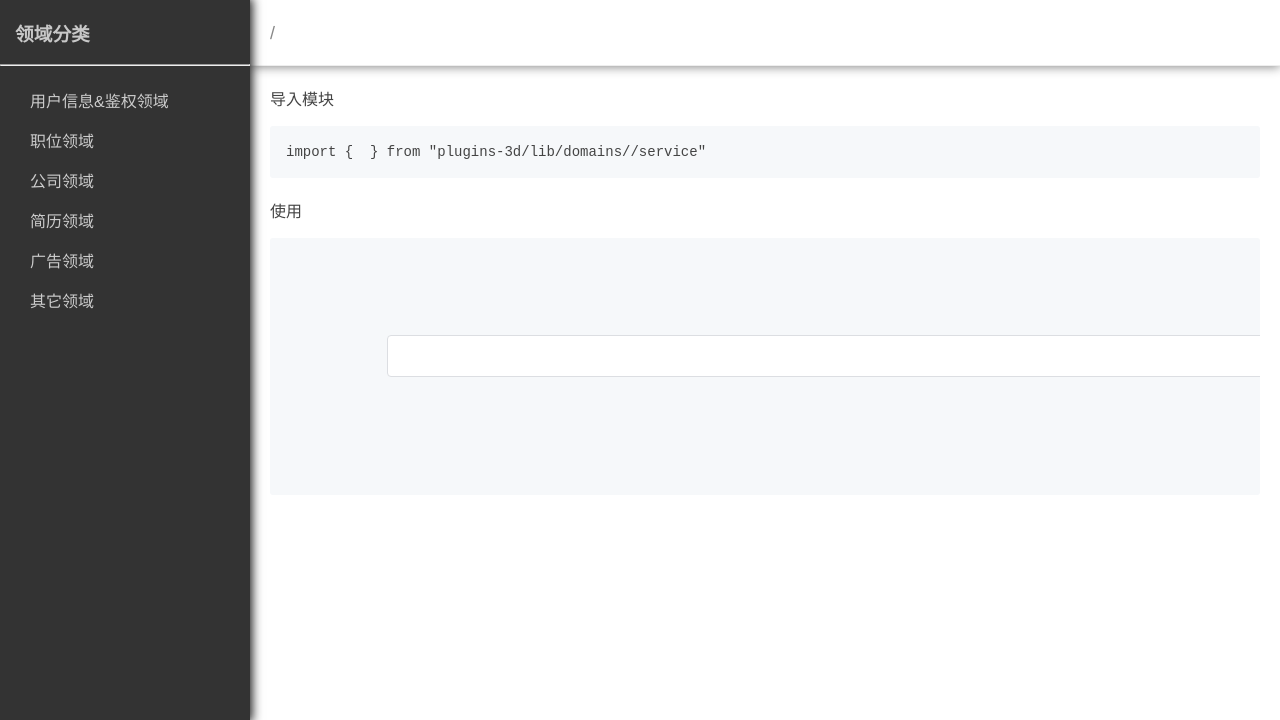
Repository: lsliangshan/inig-3d-doc
Page: /detail
The author's editor kept a copy of each file at every save. The page is drawn from the files as they stood at one save, then again after the next save.
The browser window is 1280 px wide. The pictures show the whole page.
An inner scrolling area shows only its first screen. The project was rebuilt for these pictures with package versions that can differ from the ones it lists, and the page was loaded fresh each time. Also part of the build but not shown: vue.config.js, src/components/HelloWorld.vue, src/views/Home.vue, src/components/User.vue, src/components/Position.vue, src/components/Company.vue, src/components/Resume.vue, src/components/Ads.vue and 1 more. Imported but missing from the stored project, and not drawn on this page: ../plugins-3d/lib/domains/job/service, ../plugins-3d/lib/domains/user/service.

Above is the page before, as saved 2019-08-08 21:11:40.

After the next save:
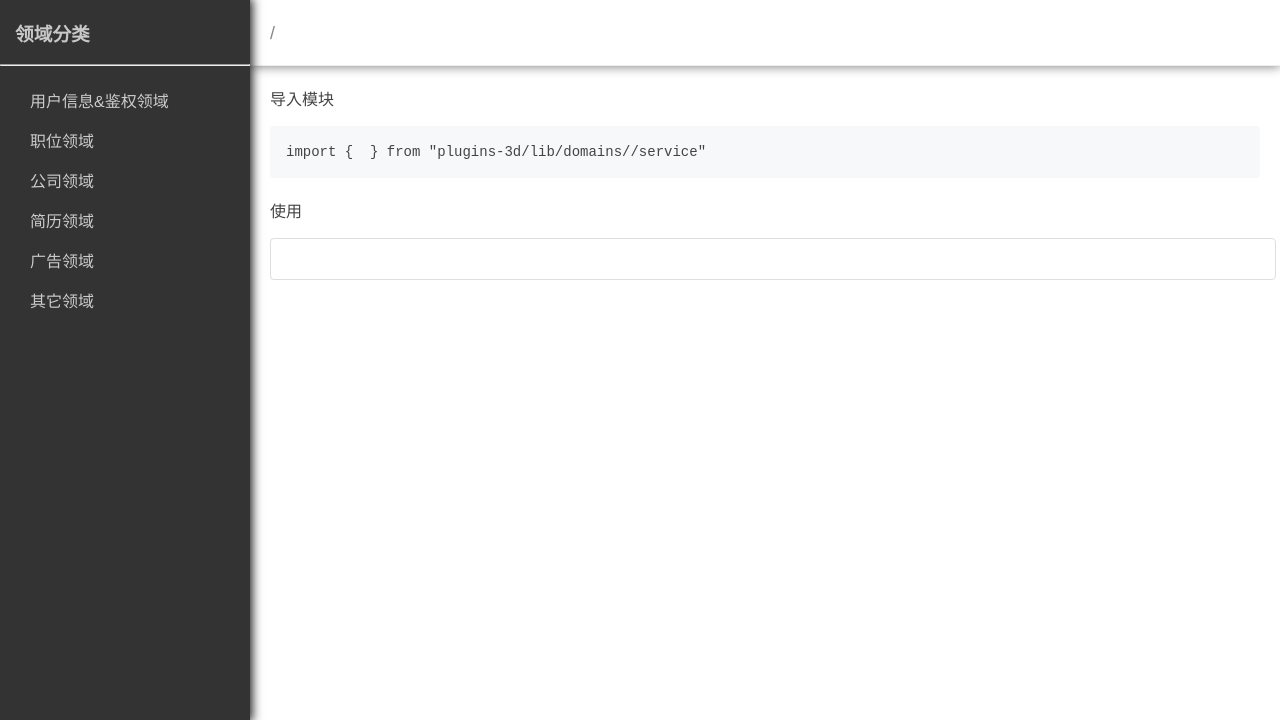
Saved 80 s later.
--- a/src/components/parts/DetailContent.vue
+++ b/src/components/parts/DetailContent.vue
@@ -12,13 +12,13 @@
     <div class="highlight">
       <p>使用</p>
       <div class="highlight_code">
-        <pre>
-          <form class="methods_form" action="">
-            <div class="form_item">
-              <input type="text" class="custom_input">
-            </div>
-          </form>
-        </pre>
+        <form class="methods_form"
+              action="">
+          <div class="form_item">
+            <input type="text"
+                   class="custom_input">
+          </div>
+        </form>
       </div>
     </div>
     <div class="detail_content"
@@ -83,6 +83,7 @@
 
   .methods_form {
     width: 100%;
+    background-color: #f6f8fa;
   }
   .methods_form .form_item {
     width: 100%;
